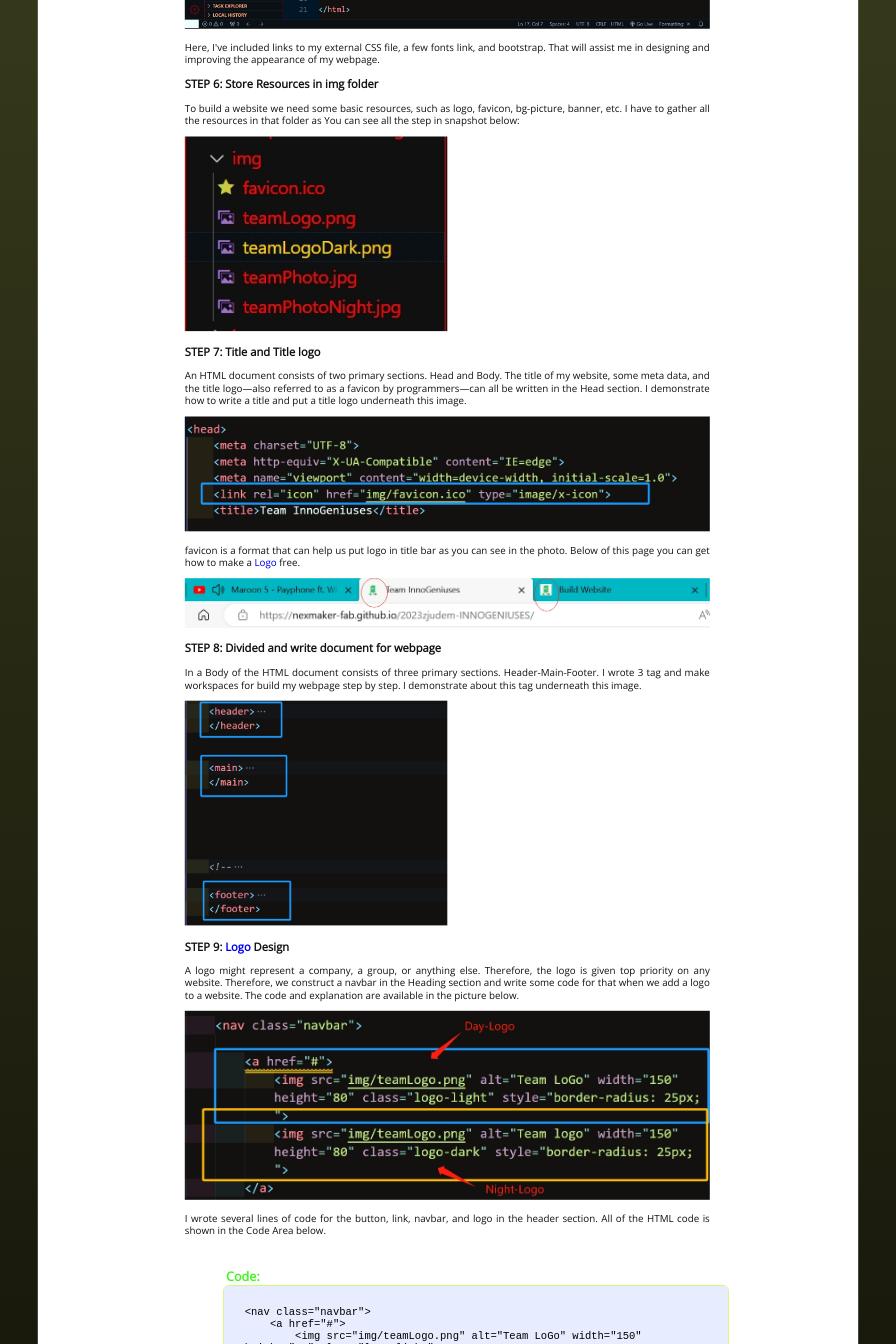
Repository: NexMaker-Fab/2023zjudem-INNOGENIUSES
Page: build web/page1.html
An editor plug-in stored every save of this project. The page is shown before and after the next save, followed by the edit.
The browser window is 1280 px wide. The pictures show the part of the page from y = 4580 to 6500 px (the page is 10795 px tall before and 10494 px after), at 70% of full size.
An inner scrolling area shows only its first screen.

Above is the page before, as saved 2023-11-27 02:42:48.

### build web/page1.html
<!DOCTYPE html>
<html lang="en">

<head>
    <meta charset="utf-8">
    <meta http-equiv="X-UA-Compatible" content="IE=edge">
    <link rel="icon" href="img/favicon.ico" type="image/x-icon">
    <title>Build Website</title>
    <meta name="viewport" content="width=device-width, initial-scale=1">
    <!-- <meta name="Description" lang="en" content="open source x/html and css templates"> -->
    <meta name="author" content="mlp design">
    <meta name="robots" content="index, follow">
    <link rel="stylesheet" href="styles.css">
</head>

<body>
    <!--start wrapper-->
    <div id="wrapper">

        <!--start body-->
        <div id="body">

            <!--start header-->
            <div id="banner">
                <h1>HOW TO BUILD <em>WEB</em> </h1>
                <p></p>
                <!-- menu -->
                <label for="show-menu" class="responsive">&#9776;</label>
                <input type="checkbox" id="show-menu" role="button">
                <ul id="topnav">
                    <!-- <li><a class="active">Home</a></li> -->

                </ul>
                <!-- end menu -->
            </div>
            <!--end of header-->
            <!--start sidebar-->
            <div id="sidebar">
                <h2>GitHub</h2>
                <p>GitHub, is a platform and cloud-based service for software development and version control using Git, allowing developers to store and manage their code. It provides the distributed version control of Git plus access control, bug tracking,
                    software feature requests, task management, continuous integration, and wikis for every project. Headquartered in California, it has been a subsidiary of Microsoft since 2018. It is commonly used to host open source software development
                    projects.As of January 2023, GitHub reported having over 100 million developers and more than 372 million repositories, including at least 28 million public repositories.</p>

                <h2>Visual Studio Code</h2>
                <p>Visual Studio Code, also commonly referred to as VS Code,[12] is a source-code editor made by Microsoft with the Electron Framework, for Windows, Linux and macOS.[13] Features include support for debugging, syntax highlighting, intelligent
                    code completion, snippets, code refactoring, and embedded Git. Users can change the theme, keyboard shortcuts, preferences, and install extensions that add functionality. In the Stack Overflow 2023 Developer Survey, Visual Studio Code
                    was ranked the most popular developer environment tool among 86,544 respondents, with 73.71% reporting that they use it. It increased its use among those learning to code versus those developing as a profession (78% vs. 74%). </p>
            </div>
            <div class="clear"></div>
            <!--end of sidebar-->

            <!--start containter-->
            <div id="container">

                <!--start content-->
                <div id="content">
                    <!--post item-->
                    <div class="item">
                        <h3>STEP1: Prepare</h3>
                        <p>Setting up all essential tools for constructing the webpage:</p>

                        <ul>
                            <li><a href="https://git-scm.com/downloads">Git</a></li>
                            <li><a href="https://github.com">GitHub</a> </li>
                            <li><a href="https://desktop.github.com">GitHub desktop</a> </li>
                            <li><a href="https://code.visualstudio.com">VScode</a></li>
                            <li><a href="https://nodejs.org/en/about">Nodejs</a> </li>
                        </ul>

                        <h3>STEP 2: Pointers</h3>
                        <p>Visit <a href="https://github.com">Github</a> to create a repository; if needed, sign up. Once there, make your repository and set it Public so it's accessible to online users. Remember to add a README file—it's the place for a
                            detailed project description.
                        </p>
                        <img src="img/Create Repo 1.png" <figure>
                        <p>
                            <b>Note:</b>In this image repository, the owner is identified as aminal333. However, when working within an organization, the organization's name should be displayed instead.

                        </p>
                        </figure>

                        <img src="img/Create repo 2.png" <figure>
                        <p></p>
                        </figure>

                        <img src="img/git page.jpg" <figure>


                        </figure>

                        <h3>STEP 3: Local Settings</h3>
                        <p>Open GitHub Desktop, clone the repository you've created before, and then proceed to open it in Visual Studio Code.</p>
                        <img src="img/gitclone1.png" <figure>
                        <p> </p>
                        </figure>
                        <img src="img/clone open vs.png" <figure>
                        <p>Access the cloned repository from your local storage system using Visual Studio Code</p>
                        </figure>

                        <!-- Ramiz update-->

                        <h3>STEP 4: Live Server Extension</h3>
                        <p>Go to visual studio extention secsion, search live server and click install it. This extesion help to observe new change on your webpage when you change something in your code. You can see the exension installation image below:
                        </p>
                        <img src="img/Live Server.png" alt="description photo" style="width:100%; height: fit-content;">

                        <h2 style="font-weight: bolder;">How to write the website document</h2>

                        <h3>STEP 5: Make folder and file for writing code to build a website</h3>
                        <p>Open VS Code and open clone repository folder. Create a html file, a css file & a JS file. Create a folder for image resources. After that go to the html file which is named index.html and write some basic html documents. You can
                            see all the step in snapshot below:
                        </p>
                        <img src="img/bw1.png" alt="description photo" style="width:100%; height: fit-content;">
                        <p>
                            Here, I've included links to my external CSS file, a few fonts link, and bootstrap. That will assist me in designing and improving the appearance of my webpage.
                        </p>

                        <h3>STEP 6: Store Resources in img folder</h3>
                        <p>To build a website we need some basic resources, such as logo, favicon, bg-picture, banner, etc. I have to gather all the resources in that folder as You can see all the step in snapshot below:
                        </p>
                        <img src="img/bw2.png" alt="description photo" style="width:50%; height: 100%;">

                        <h3>STEP 7: Title and Title logo</h3>
                        <p>An HTML document consists of two primary sections. Head and Body. The title of my website, some meta data, and the title logo—also referred to as a favicon by programmers—can all be written in the Head section. I demonstrate how
                            to write a title and put a title logo underneath this image.
                        </p>
                        <img src="img/bw3.png" alt="description photo" style="width:100%; height: fit-content;">
                        <p>
                            favicon is a format that can help us put logo in title bar as you can see in the photo. Below of this page you can get how to make a <a href="#logoCreate">Logo</a> free.
                        </p>
                        <img src="img/title logo.png" alt="description photo" style="width:100%; height: 100%;">
                        <h3>STEP 8: Divided and write document for webpage</h3>
                        <p>In a Body of the HTML document consists of three primary sections. Header-Main-Footer. I wrote 3 tag and make workspaces for build my webpage step by step. I demonstrate about this tag underneath this image.
                        </p>
                        <img src="img/bw4.png" alt="description photo" style="width:50%; height:fit-content;">
                        <h3>STEP 9: <a href="#BuildLogo">Logo</a> Design</h3>
                        <p>A logo might represent a company, a group, or anything else. Therefore, the logo is given top priority on any website. Therefore, we construct a navbar in the Heading section and write some code for that when we add a logo to a
                            website. The code and explanation are available in the picture below.
                        </p>
                        <img src="img/bw5.png" alt="description photo" style="width:100%; height:fit-content;">
                        <p>I wrote several lines of code for the button, link, navbar, and logo in the header section. All of the HTML code is shown in the Code Area below.</p>
                        <div class="code-boxes">
                            <div class="code-box CodeBox">
                                <div class="topic">Code:</div>
                                <textarea id="CodeBox" readonly>
<nav class="navbar">
    <a href="#">
        <img src="img/teamLogo.png" alt="Team LoGo" width="150" height="80" class="logo-light"
            style="border-radius: 25px;">
        <img src="img/teamLogo.png" alt="Team logo" width="150" height="80" class="logo-dark"
            style="border-radius: 25px;">
    </a>

    <div class="btn-group">

        <button class="theme-btn theme-btn-mobile light">
            <ion-icon name="moon" class="moon"></ion-icon>
            <ion-icon name="sunny" class="sun"></ion-icon>
        </button>

        <button class="nav-menu-btn">
            <ion-icon name="menu-outline"></ion-icon>
        </button>

    </div>

    <div class="flex-wrapper">

        <ul class="desktop-nav">

            <li>
                <a href="#home" class="nav-link">Home</a>
            </li>

            <li>
                <a href="#project" class="nav-link">Projects</a>
            </li>

            <li>
                <a href="#contact" class="nav-link">Contact US</a>
            </li>

        </ul>

        <button class="theme-btn theme-btn-desktop light">
            <ion-icon name="moon" class="moon"></ion-icon>
            <ion-icon name="sunny" class="sun"></ion-icon>
        </button>

    </div>

    <div class="mobile-nav">

        <button class="nav-close-btn">
            <ion-icon name="close-outline"></ion-icon>
        </button>

        <div class="wrapper">

            <p class="h3 nav-title">Main Menu</p>

            <ul>
                <li class="nav-item">
                    <a href="#home" class="nav-link">Home</a>
                </li>

                <li class="nav-item">
                    <a href="#project" class="nav-link">Projects</a>
                </li>

                <li class="nav-item">
                    <a href="#contact">Contact Us</a>
                </li>
            </ul>
        </div>
    </div>

</nav>
                            </textarea>
                                <button id="CodeButton">Copy Codes</button>
                            </div>
                        </div>
                        <h3>STEP 10: Switch Day/Night Button</h3>
                        <p>These days, day-night mode is a well-known feature of a web.To alter the website's theme and vibe from day to night, I created a switch button within the navigation bar. I've included proof of the code I built to create this day/night
                            switch below.
                        </p>
                        <div class="code-boxes">
                            <div class="code-box CodeBox">
                                <div class="topic">Code:</div>
                                <textarea id="CodeBox" readonly>
                        <div class="btn-group">

                        <button class="theme-btn theme-btn-mobile light">
                        <ion-icon name="moon" class="moon"></ion-icon>
                        <ion-icon name="sunny" class="sun"></ion-icon>
                        </button>

                        <button class="nav-menu-btn">
                        <ion-icon name="menu-outline"></ion-icon>
                        </button>

                        </div>
                                            </textarea>
                                <button id="CodeButton">Copy Codes</button>
                            </div>
                        </div>

                        <h3>STEP 4: How to collaborate with team</h3>
                        <h4>1.Inviting a team or person</h4>
                        <p>Phase 1: Request the username of the individual you're inviting to collaborate.</p>

                        <img src="img/AA.png" <figure>
                        <p> Under your repository name, click Settings, If you cannot see the "Settings" tab, select the dropdown menu, then click Settings.<br> In the "Access" section of the sidebar, click Collaborators and teams as displayed </p>
                        </figure>
                        <img src="img/BB.png" <figure>
                        <p>To the right of "Manage access", click Add people or Add teams and In the search field, start typing the name of the team or person to invite, then click a name in the list of matches.
                        </p>
                        </figure>
                        <img src="img/CC.png" <figure>
                        <p>In the search field, start typing the name of the team or person to invite, then click a name in the list of matches.</p>
                        </figure>
                        <img src="img/DD.png" <figure>
                        <p> Under "Choose a role", select the repository role to grant to the team or person</p>
                        </figure>
                        <img src="img/EE.png" <figure>
                        <p>Under "Manage access", next to the team or person whose access you'd like to remove, click Remove
                        </p>
                        </figure>
                        <img src="img/FF.png" <figure>
                        <p>Using this search box, you can easily find your team member</p>
                        </figure>

                    </div>
                    <!--another post item-->

                    <!--end of another post item-->
                </div>
                <!--end of content-->

            </div>
            <!--end of container-->

        </div>
        <!--end of body-->

        <!--start footer-->
        <div id="footer">
            <span class="left">2023 &copy; Copyright <a href="#">Allcode</a>. All rights reserved.</span>
            <p class="show-footer">2023 &copy; Copyright <a href="#">InnoGeniuses</a>. All rights reserved.<br /><a href="#">Contact</a> | </p>
        </div>
        <!--end of footer-->

    </div>
    <!--end of wrapper-->

    <!--start credits-->
    <!--//Under CC-NC 3.0, this portion must be left intact and must not be hidden.//-->
    <div id="credits">
        <span><a href="#" title="CSS &amp; ">CSS &amp; HTML</a> by InnoGeniuses<br />IDE@ZJU
        </div>
        <!--end of credits-->

</body>

</html>

<script>
    // Code BOx JS Code
    let CodeBox = document.getElementById("CodeBox");
    let CodeButton = document.getElementById("CodeButton");
    CodeButton.onclick = function () {
        CodeBox.select();
        document.execCommand("copy");
        CodeButton.innerText = "Codes Copied";
    };
</script>

Loaded but not shown: build web/styles.css (495 lines, source omitted)

After the next save:
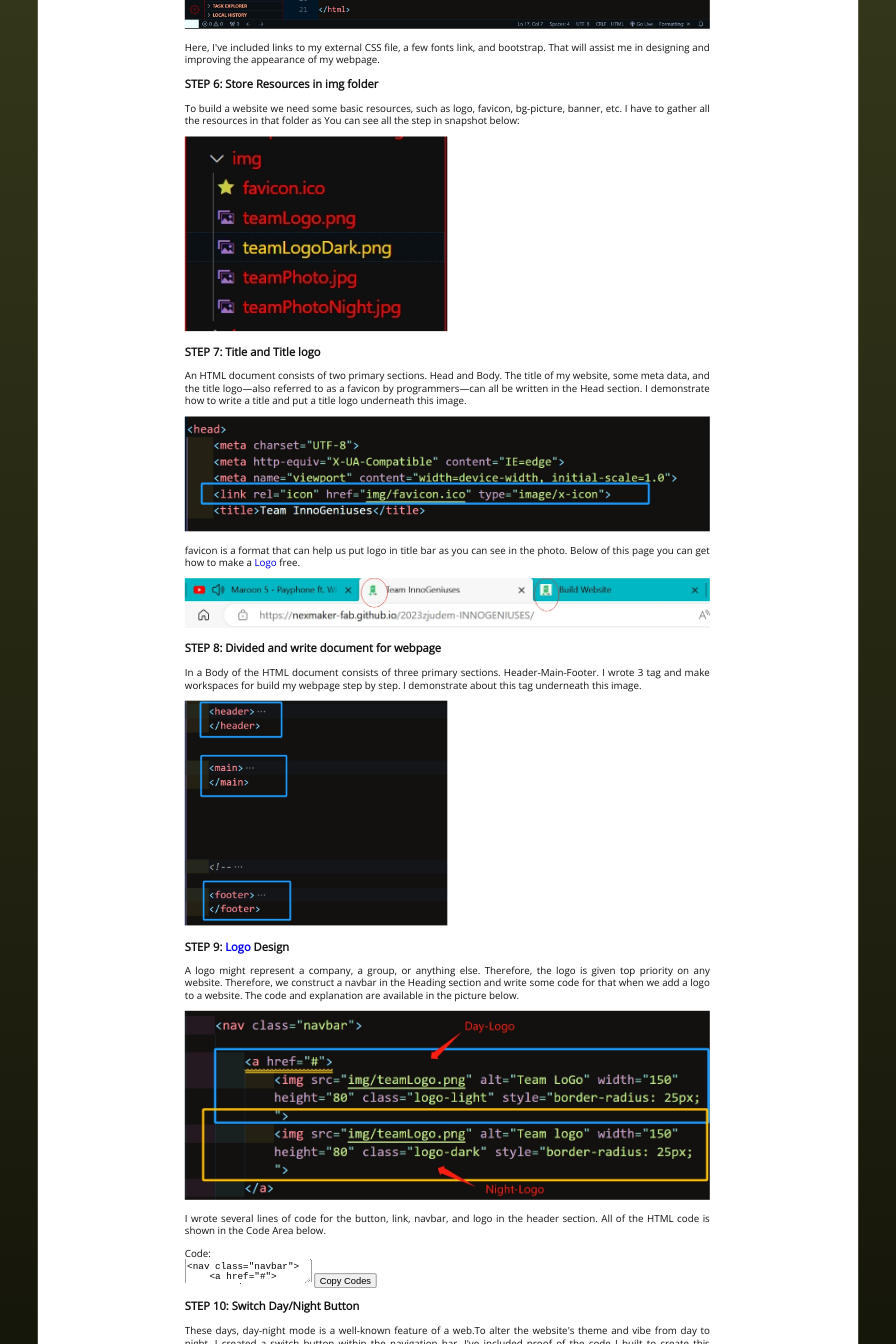
Saved 62 s later.
--- a/build web/page1.html
+++ b/build web/page1.html
@@ -138,10 +138,10 @@
                         </p>
                         <img src="img/bw5.png" alt="description photo" style="width:100%; height:fit-content;">
                         <p>I wrote several lines of code for the button, link, navbar, and logo in the header section. All of the HTML code is shown in the Code Area below.</p>
-                        <div class="code-boxes">
-                            <div class="code-box CodeBox">
-                                <div class="topic">Code:</div>
-                                <textarea id="CodeBox" readonly>
+
+                        <div class="code-box CodeBox">
+                            <div class="topic">Code:</div>
+                            <textarea id="CodeBox" readonly>
 <nav class="navbar">
     <a href="#">
         <img src="img/teamLogo.png" alt="Team LoGo" width="150" height="80" class="logo-light"
@@ -216,8 +216,7 @@
 
 </nav>
                             </textarea>
-                                <button id="CodeButton">Copy Codes</button>
-                            </div>
+                            <button id="CodeButton">Copy Codes</button>
                         </div>
                         <h3>STEP 10: Switch Day/Night Button</h3>
                         <p>These days, day-night mode is a well-known feature of a web.To alter the website's theme and vibe from day to night, I created a switch button within the navigation bar. I've included proof of the code I built to create this day/night

After the save that followed:
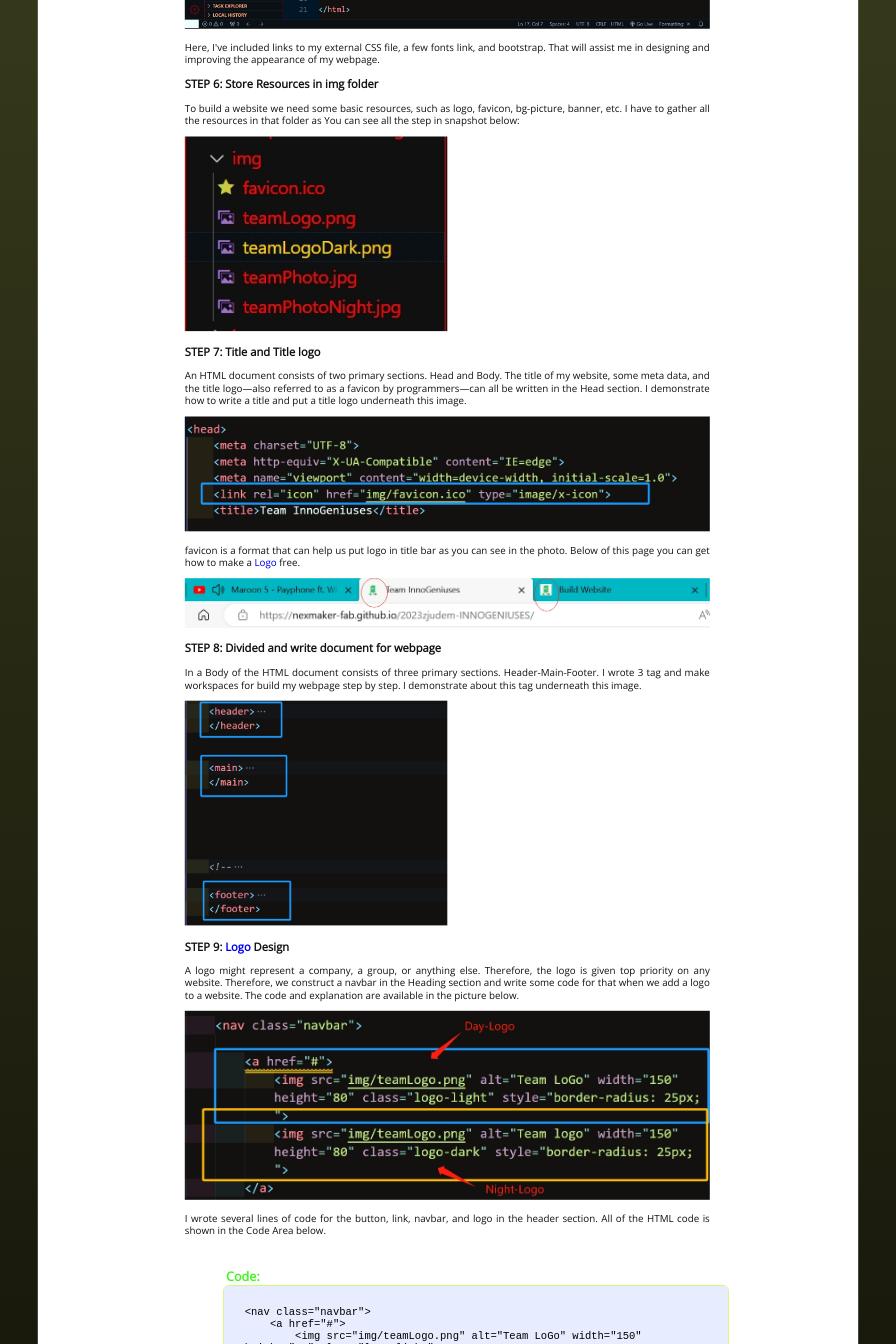
Saved 12 s later.
--- a/build web/page1.html
+++ b/build web/page1.html
@@ -138,10 +138,10 @@
                         </p>
                         <img src="img/bw5.png" alt="description photo" style="width:100%; height:fit-content;">
                         <p>I wrote several lines of code for the button, link, navbar, and logo in the header section. All of the HTML code is shown in the Code Area below.</p>
-
-                        <div class="code-box CodeBox">
-                            <div class="topic">Code:</div>
-                            <textarea id="CodeBox" readonly>
+                        <div class="code-boxes">
+                            <div class="code-box CodeBox">
+                                <div class="topic">Code:</div>
+                                <textarea id="CodeBox" readonly>
 <nav class="navbar">
     <a href="#">
         <img src="img/teamLogo.png" alt="Team LoGo" width="150" height="80" class="logo-light"
@@ -216,7 +216,8 @@
 
 </nav>
                             </textarea>
-                            <button id="CodeButton">Copy Codes</button>
+                                <button id="CodeButton">Copy Codes</button>
+                            </div>
                         </div>
                         <h3>STEP 10: Switch Day/Night Button</h3>
                         <p>These days, day-night mode is a well-known feature of a web.To alter the website's theme and vibe from day to night, I created a switch button within the navigation bar. I've included proof of the code I built to create this day/night
